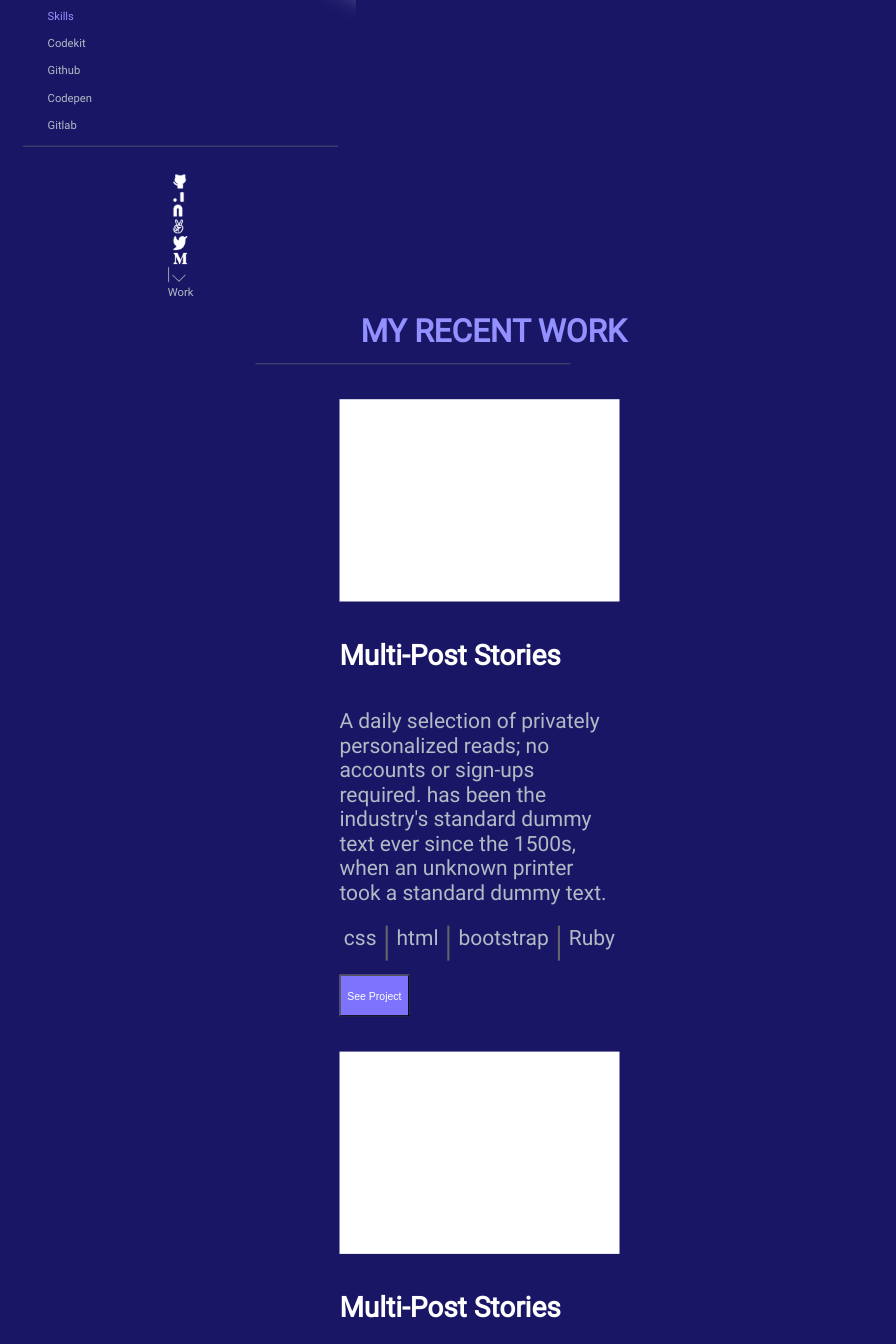
Repository: mustabbas/Portfolio
Page: index.html
The author's editor kept a copy of each file at every save. The page is drawn from the files as they stood at one save, then again after the next save.
The browser window is 1280 px wide. The pictures show the part of the page from y = 775 to 2695 px (the page is 6147 px tall before and 5963 px after), at 70% of full size.

Above is the page before, as saved 2021-08-17 18:10:39.

After the next save:
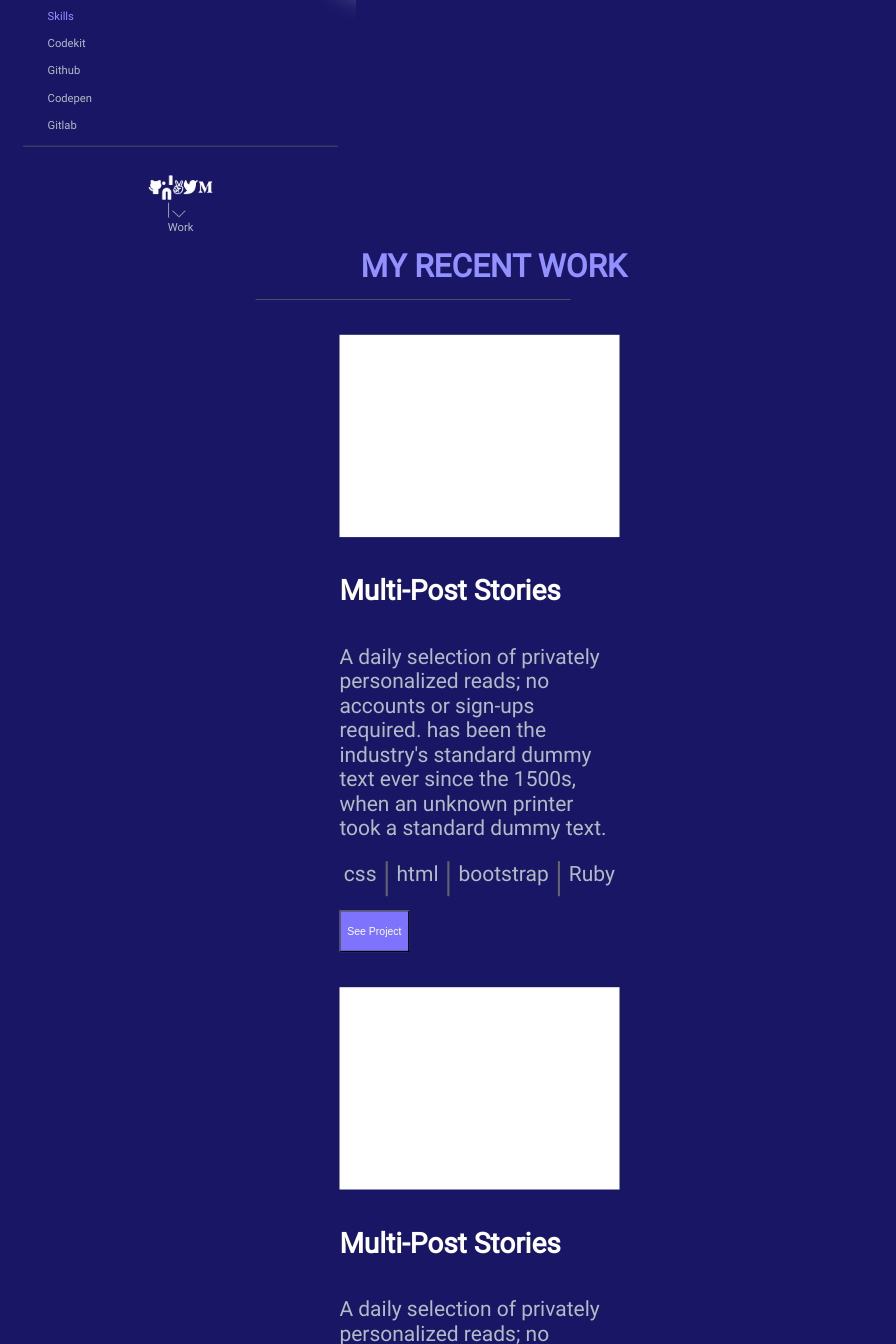
Saved 32 s later.
--- a/style.css
+++ b/style.css
@@ -132,16 +132,17 @@ span {
   align-items: center;
   margin-top: 40px;
 }
+
+.vector-container ul {
+  display: flex;
+  justify-content: center;
+  align-items: center;
+}
+
 /*
 .work-container .work-container2 {
   display: flex;
   justify-content: space-around;
-}
-
-.vector-container ul {
-  display: flex;
-  justify-content: center;
-  align-items: center;
 }
 
 .vector-container img {
